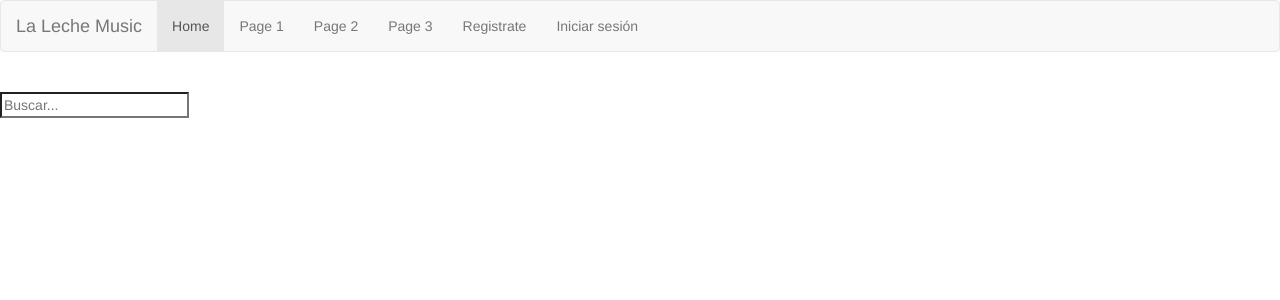
Repository: Jendoliver/proyecto_dam1-master
Page: source/html/homepage.html
The author's editor kept a record of every edit. The page is drawn from the files as they stood at one moment, then again after the next edit.
The browser window is 1280 px wide. The pictures show the whole page.
Some web libraries are served in a nearby version.

Above is the page before.

### source/html/homepage.html
<!DOCTYPE html>
<html lang="en">
<head>
	<meta charset="UTF-8">
	<title>Homepage</title>
	<meta name="viewport" content="width=device-width, initial-scale=1">
	<link rel="stylesheet" href="https://maxcdn.bootstrapcdn.com/bootstrap/3.3.7/css/bootstrap.min.css">
	<script src="https://ajax.googleapis.com/ajax/libs/jquery/3.1.1/jquery.min.js"></script>
	<script src="https://maxcdn.bootstrapcdn.com/bootstrap/3.3.7/js/bootstrap.min.js"></script>
</head>
<body>
	<header>
		<nav class="navbar navbar-default">
		  <div class="container-fluid">
		    <div class="navbar-header">
		      <a class="navbar-brand" href="#">La Leche Music</a>
		    </div>
		    <ul class="nav navbar-nav">
		      <li class="active"><a href="#">Home</a></li>
		      <li><a href="#">Page 1</a></li>
		      <li><a href="#">Page 2</a></li>
		      <li><a href="#">Page 3</a></li>

		      <li><a href="#">Registrate</a></li>
		      <li><a href="#">Iniciar sesión</a></li>
		    </ul>
		  </div>
		</nav>
		<div id="registros"></div>
	</header>
	<div id="logo"><img src="" alt=""></div>
	<div id="search"><input type="search" name="buscador" id="" placeholder="Buscar..."></div>

	<div id="img-bandas"> <img src=""></img></div>
	<div class="info">
		<div id="txt-bandas"></div>
		<div id="destacado-bandas"></div>
	</div>

	<div id="img-garitos"> <img src=""></img></div>
	<div class="info">
		<div id="txt-garitos"></div>
		<div id="destacado-garitos"></div>
	</div>

	<div id="img-bolos"> <img src=""></img></div>
	<div class="info">
		<div id="txt-bolos"></div>
		<div id="destacado-bolos"></div>
	</div>

	<div class="img-last"><img src="" alt=""></div>
	<div class="img-last"><img src="" alt=""></div>
	<div class="txt-last"></div>
	<div class="txt-last"></div>

	<div class="img-last-deux"><img src="" alt=""></div>
	<div class="txt-last-deux"></div>

	<div class="img-last-deux"><img src="" alt=""></div>
	<div class="txt-last-deux"></div>

	<div class="img-estilos"></div>
	<div class="center-estilos">
		<div id="estilos"></div>
		<div id="discover"></div>
	</div>
	<div class="img-estilos"></div>

	<footer>

	</footer>
</body>
</html><!--  header>(nav+div[id="registros"])^div[id="logo"]>img^div[id="search"]>(input:search[name="buscador" placeholder="Buscar..."]) -->

After the next edit:
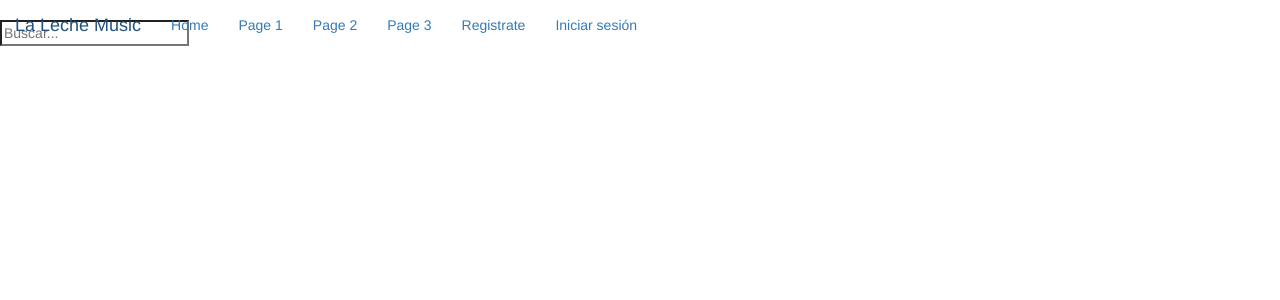
The edit:
--- a/source/html/homepage.html
+++ b/source/html/homepage.html
@@ -10,7 +10,7 @@
 </head>
 <body>
 	<header>
-		<nav class="navbar navbar-default">
+		<nav class="navbar navbar-fixed-top">
 		  <div class="container-fluid">
 		    <div class="navbar-header">
 		      <a class="navbar-brand" href="#">La Leche Music</a>
